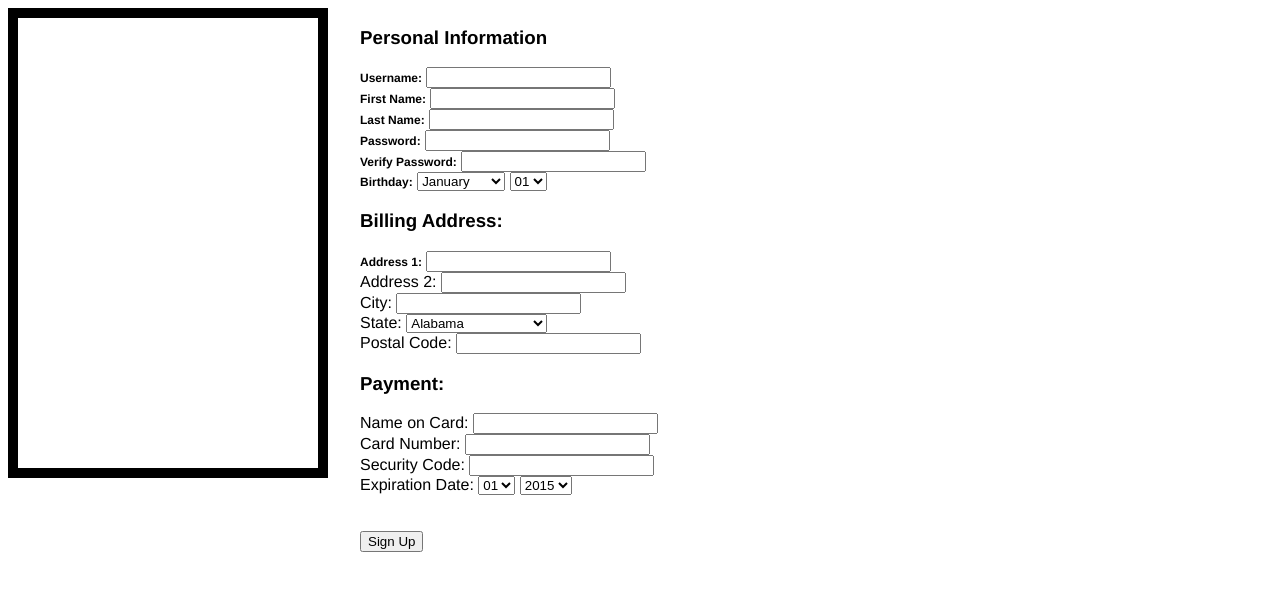
Repository: kesquili/kesquili.github.io
Page: fitin/signup.html
The author's editor kept a record of every edit. The page is drawn from the files as they stood at one moment, then again after the next edit.
The browser window is 1280 px wide. The pictures show the whole page.

Above is the page before.

After the next edit:
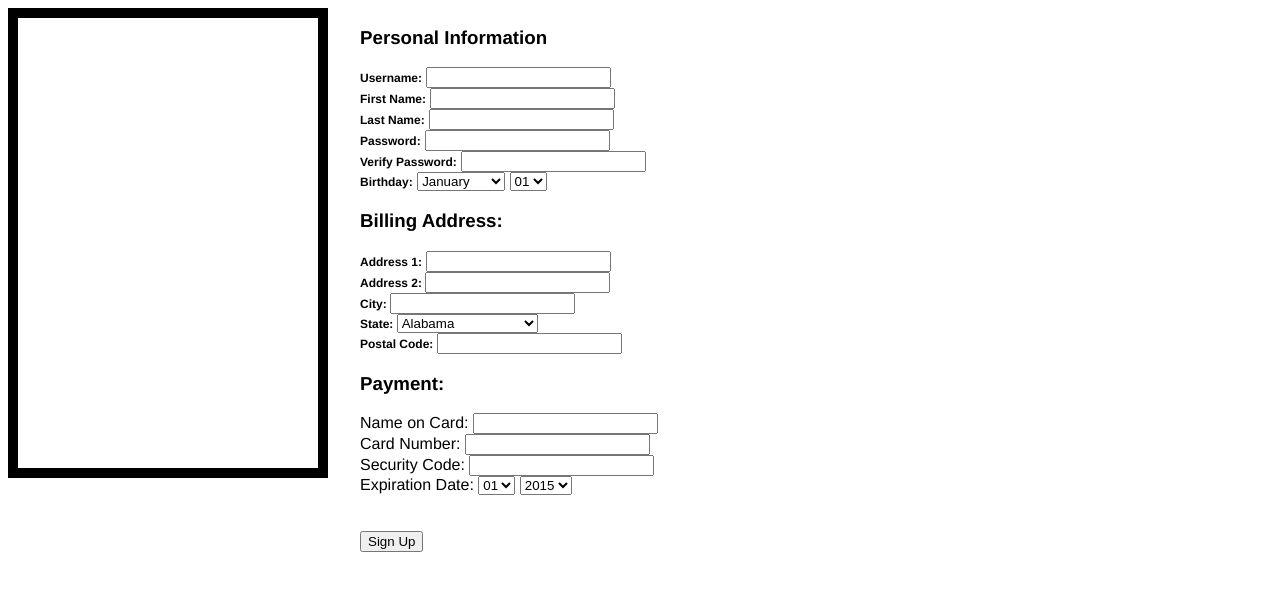
The edit:
--- a/fitin/signup.html
+++ b/fitin/signup.html
@@ -77,7 +77,7 @@
             <h6>Address 1:</h6>
             <input type="text" name="address1">
              <br>
-            Address 2:
+            <h6>Address 2:
             <input type="text" name="address2">
              <br>
             City:
